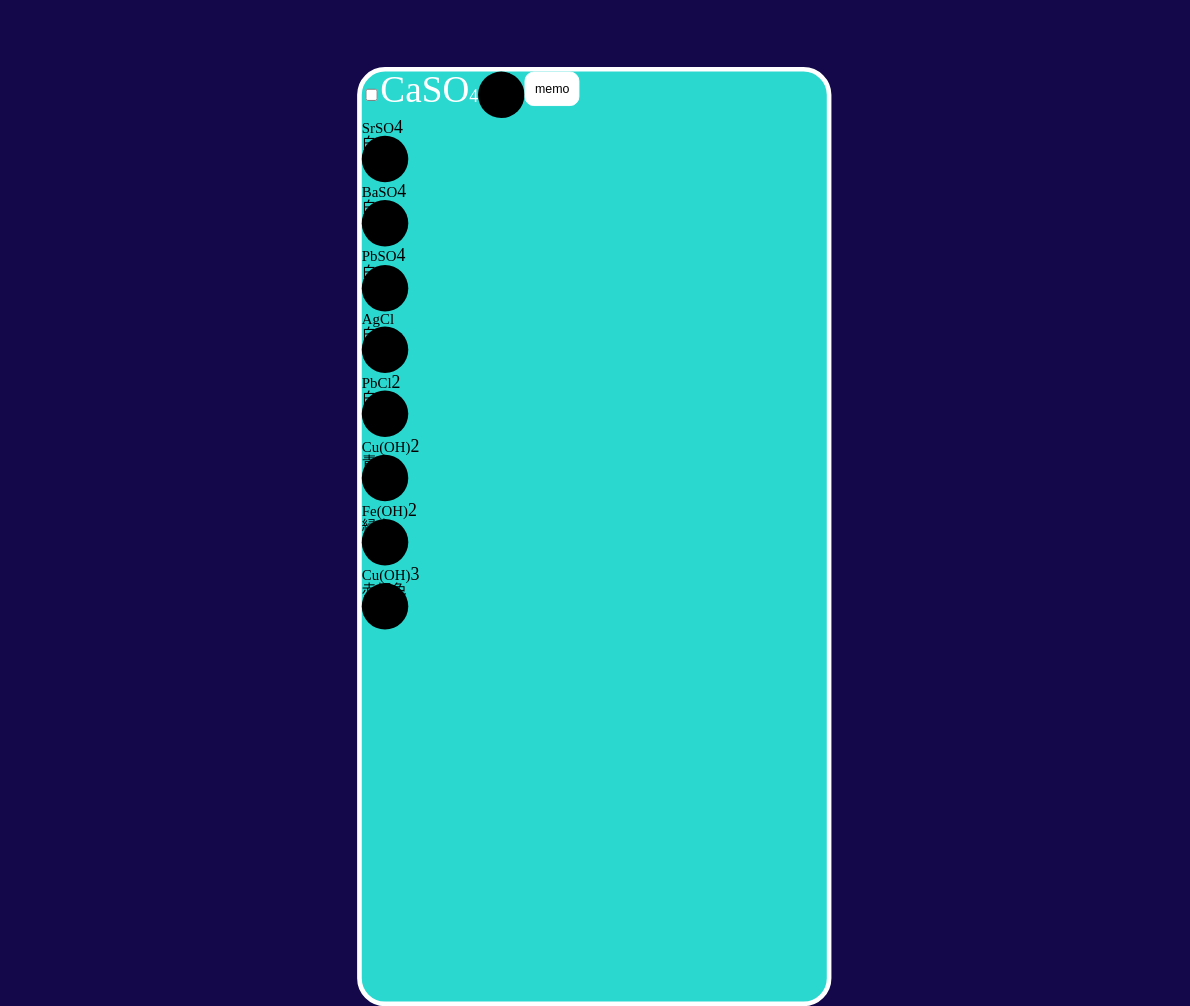
Repository: 1000sky/Inorganic_chemistry_application
Page: http://localhost/
An editor plug-in stored every save of this project. The page is shown before and after the next save, followed by the edit.
The browser window is 1280 px wide. The pictures show the whole page, at 93% of full size.
The page is served by the project's Laravel application, run on PHP 8.4 with Laravel 8. A made-up administrator, Test User (test@example.com), is signed in.

Above is the page before, as saved 2022-07-12 11:19:00.

After the next save:
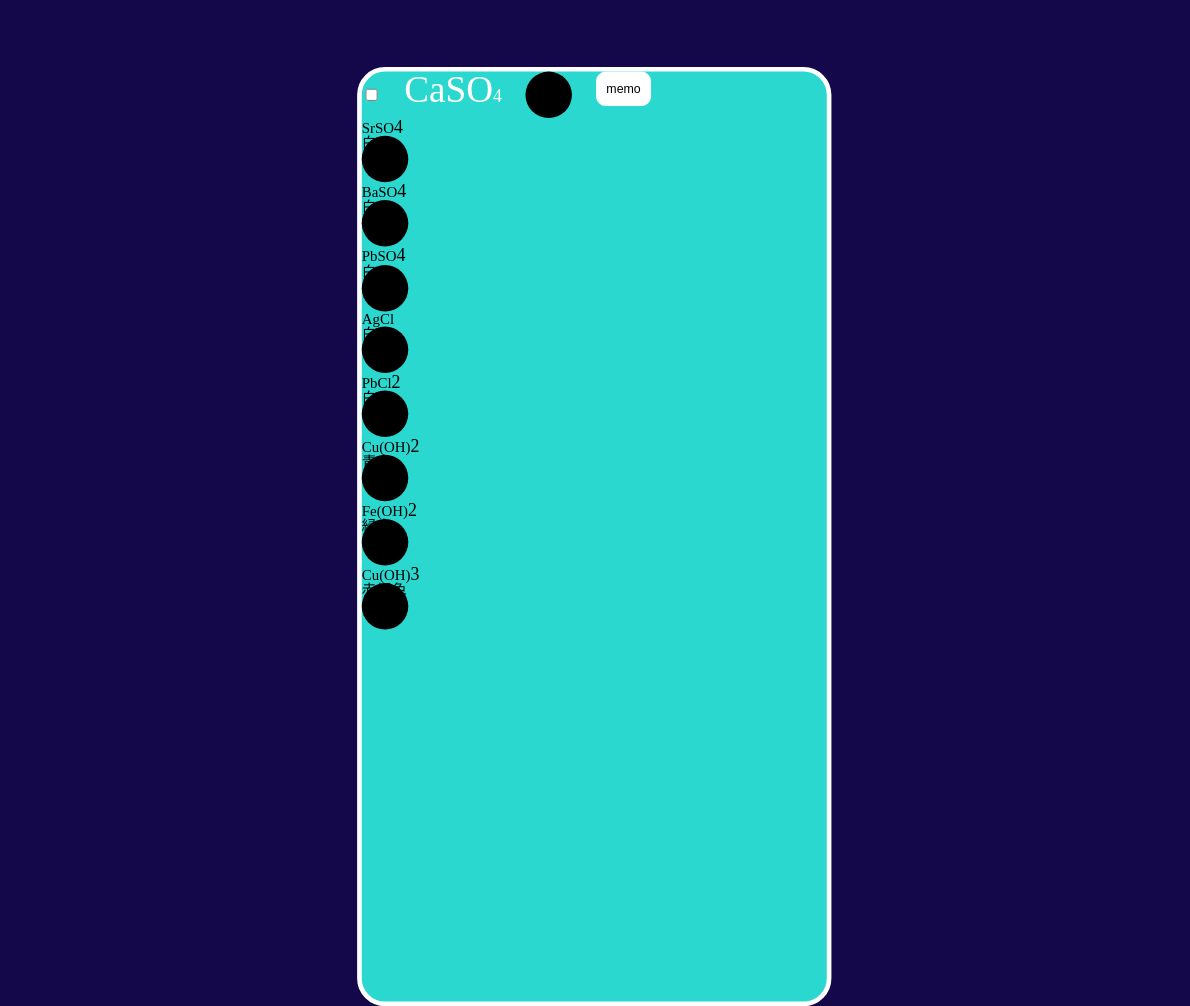
Saved 23 s later.
--- a/application/public/css/index.css
+++ b/application/public/css/index.css
@@ -18,7 +18,7 @@ body {
 }
 .memorize{
   display: flex;
-  /* justify-content: space-around; */
+  justify-content: space-between;
 }
 
 .Chemical-formula {
